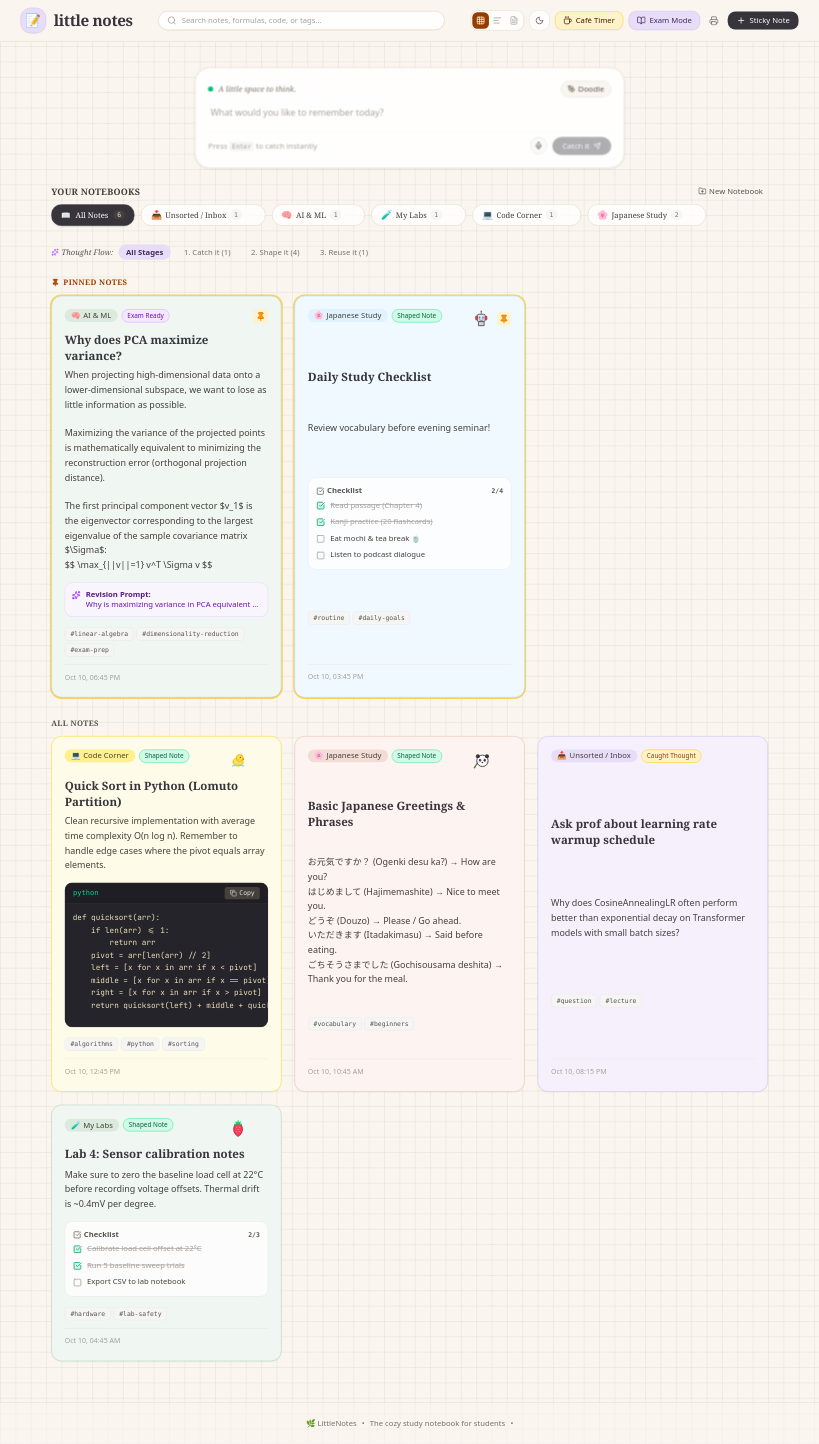
Repository: NourImen-cloud/LittleNotes
Page: /
An editor plug-in stored every save of this project. The page is shown before and after the next save, followed by the edit.
The browser window is 1280 px wide. The pictures show the whole page, at 64% of full size.
Some web fonts or font styles are not loaded; a fallback is used. The project was rebuilt for these pictures with package versions that can differ from the ones it lists, and the page was loaded fresh each time. Also part of the build but not shown: vite.config.ts, src/components/StickyNotePickerModal.tsx, src/components/EditNoteModal.tsx, src/components/RevisionModal.tsx, src/utils/audio.ts, src/components/StudyTimerModal.tsx, src/components/DoodleCanvasModal.tsx.

Above is the page before, as saved 2026-10-11 16:02:16.

After the next save:
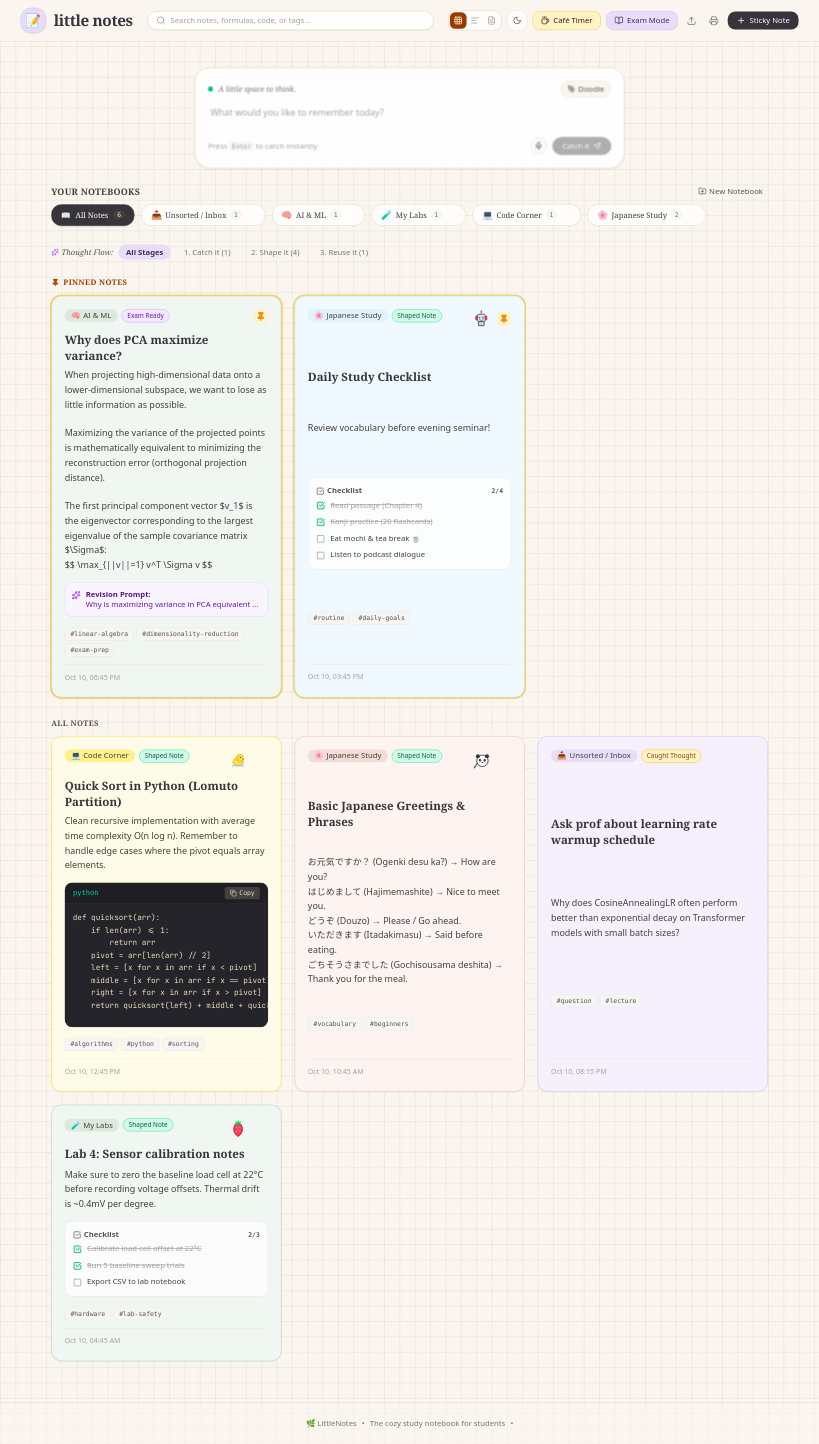
Saved 9 min 39 s later.
--- a/src/components/Header.tsx
+++ b/src/components/Header.tsx
@@ -170,6 +170,15 @@
             <span className="hidden sm:inline">Exam Mode</span>
           </button>
 
+          {/* Import / Restore notes */}
+          <button
+            onClick={onImportNotes}
+            className="p-1.5 rounded-xl text-stone-500 hover:text-stone-800 hover:bg-stone-200/50 transition cursor-pointer"
+            title="Import Notes (Restore JSON)"
+          >
+            <Upload size={15} />
+          </button>
+
           {/* Printable Cheat Sheet */}
           <button
             onClick={onPrintGuide}

After the save that followed:
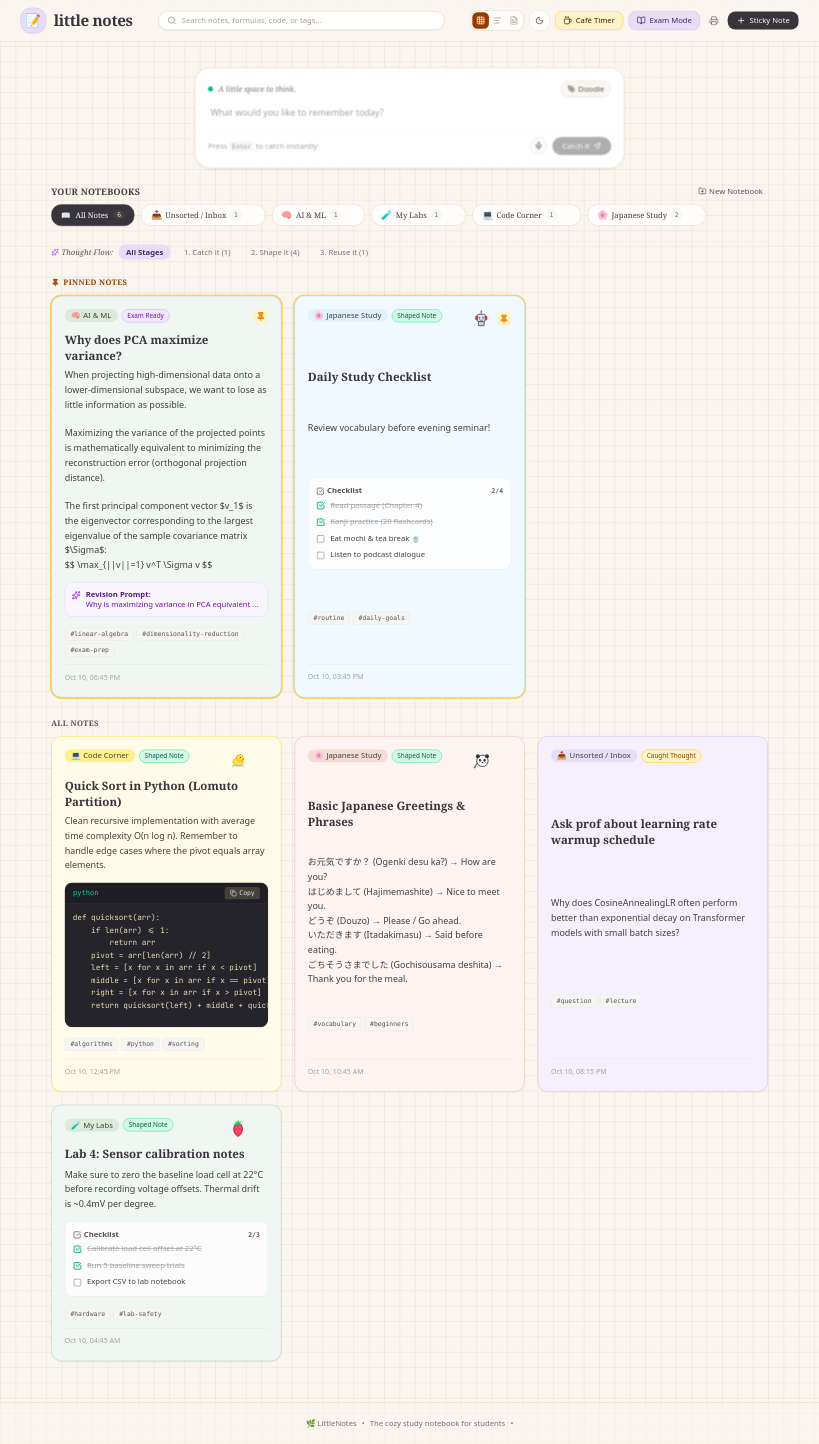
Saved 6 s later.
--- a/src/components/Header.tsx
+++ b/src/components/Header.tsx
@@ -170,15 +170,6 @@
             <span className="hidden sm:inline">Exam Mode</span>
           </button>
 
-          {/* Import / Restore notes */}
-          <button
-            onClick={onImportNotes}
-            className="p-1.5 rounded-xl text-stone-500 hover:text-stone-800 hover:bg-stone-200/50 transition cursor-pointer"
-            title="Import Notes (Restore JSON)"
-          >
-            <Upload size={15} />
-          </button>
-
           {/* Printable Cheat Sheet */}
           <button
             onClick={onPrintGuide}
